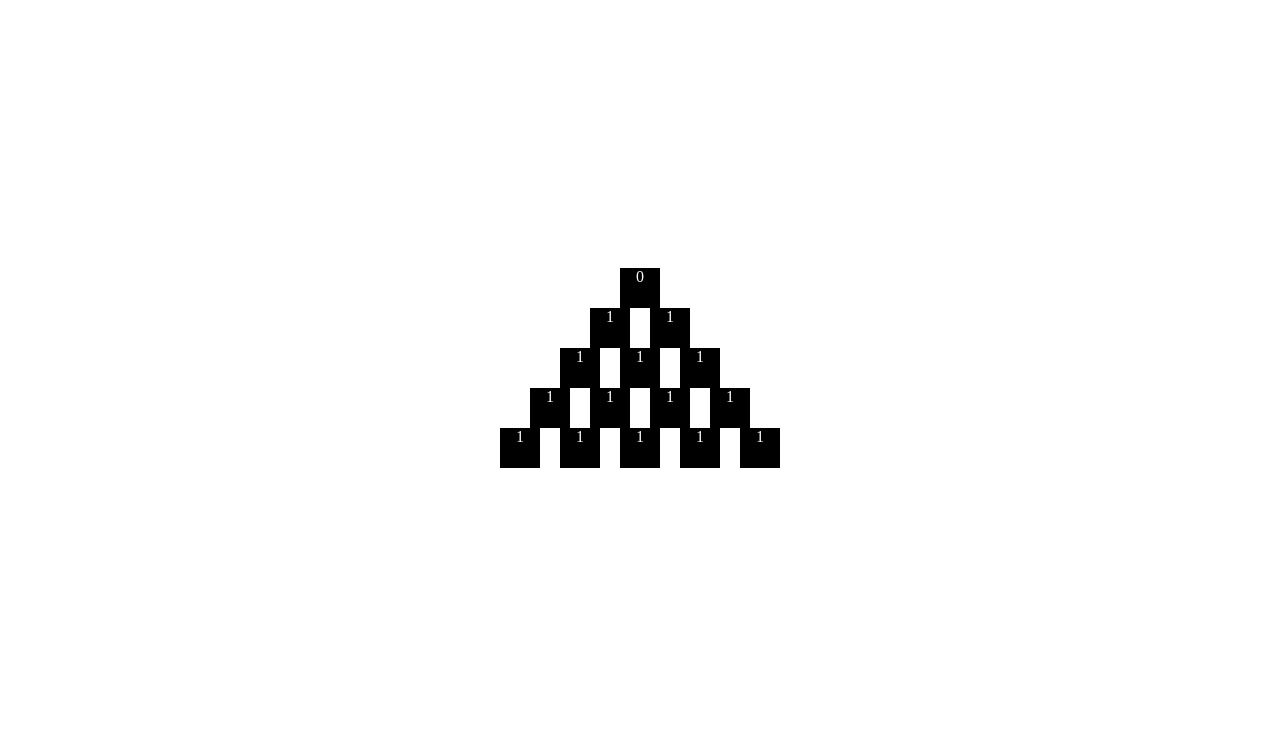
Repository: Yash19075/Mathematical-Peg-game
Page: Peg-game.html
The author's editor kept a copy of each file at every save. The page is drawn from the files as they stood at one save, then again after the next save.
The browser window is 1280 px wide. The pictures show the whole page.

Above is the page before, as saved 2025-03-15 11:59:38.

### Peg-game.html
<!DOCTYPE html>
<html lang="en">
<head>
    <meta charset="UTF-8">
    <meta name="viewport" content="width=device-width, initial-scale=1.0">
    <title>Peg game</title>
    <link rel="stylesheet" href="Peg-game.css">
</head>
<body>
    <div class="peg-board">
    <div class="row">
        <div class="peg">0</div>
    </div>
    <div class="row">
        <div class="peg">1</div>
        <div class="peg">1</div>
    </div>
    <div class="row">
        <div class="peg">1</div>
        <div class="peg">1</div>
        <div class="peg">1</div>
    </div>
    <div class="row">
        <div class="peg">1</div>
        <div class="peg">1</div>
        <div class="peg">1</div>
        <div class="peg">1</div>
    </div>
    <div class="row">
        <div class="peg">1</div>
        <div class="peg">1</div>
        <div class="peg">1</div>
        <div class="peg">1</div>
        <div class="peg">1</div>
    </div>
    </div>
</body>
</html>

### Peg-game.css
body {
    height: 100vh;
    display: flex;
    justify-content: center;
    align-items: center;
}

.row {
    display: flex;
    gap: 20px;
    justify-content: center;
}

.peg-board {
    display: flex;
    flex-direction: column;
    align-items: center;
}

.peg{
    /* border-radius: 50%; */
    background-color: black;
    color: white;
    width: 40px;
    /* align-items: center; */
    height: 40px;
    text-align: center;

}

After the next save:
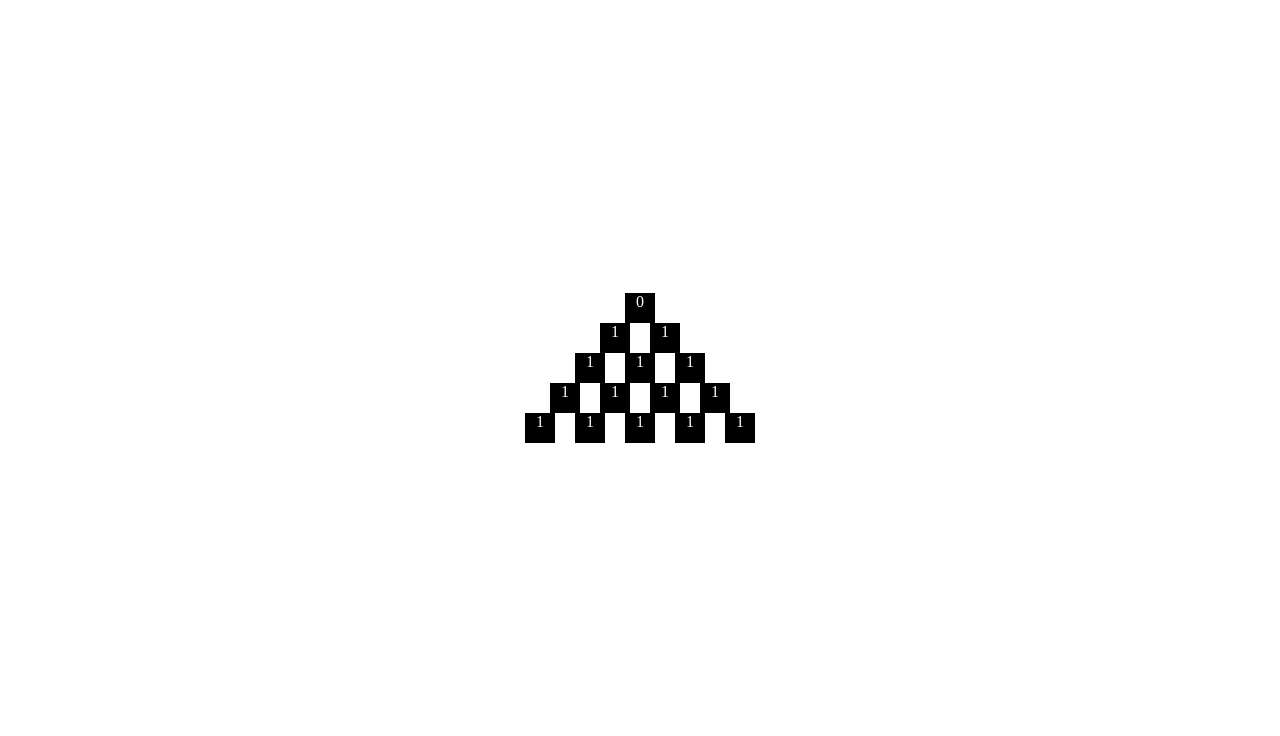
Saved 9 s later.
--- a/Peg-game.css
+++ b/Peg-game.css
@@ -21,9 +21,9 @@ body {
     /* border-radius: 50%; */
     background-color: black;
     color: white;
-    width: 40px;
+    width: 30px;
     /* align-items: center; */
-    height: 40px;
+    height: 30px;
     text-align: center;
 
 }
